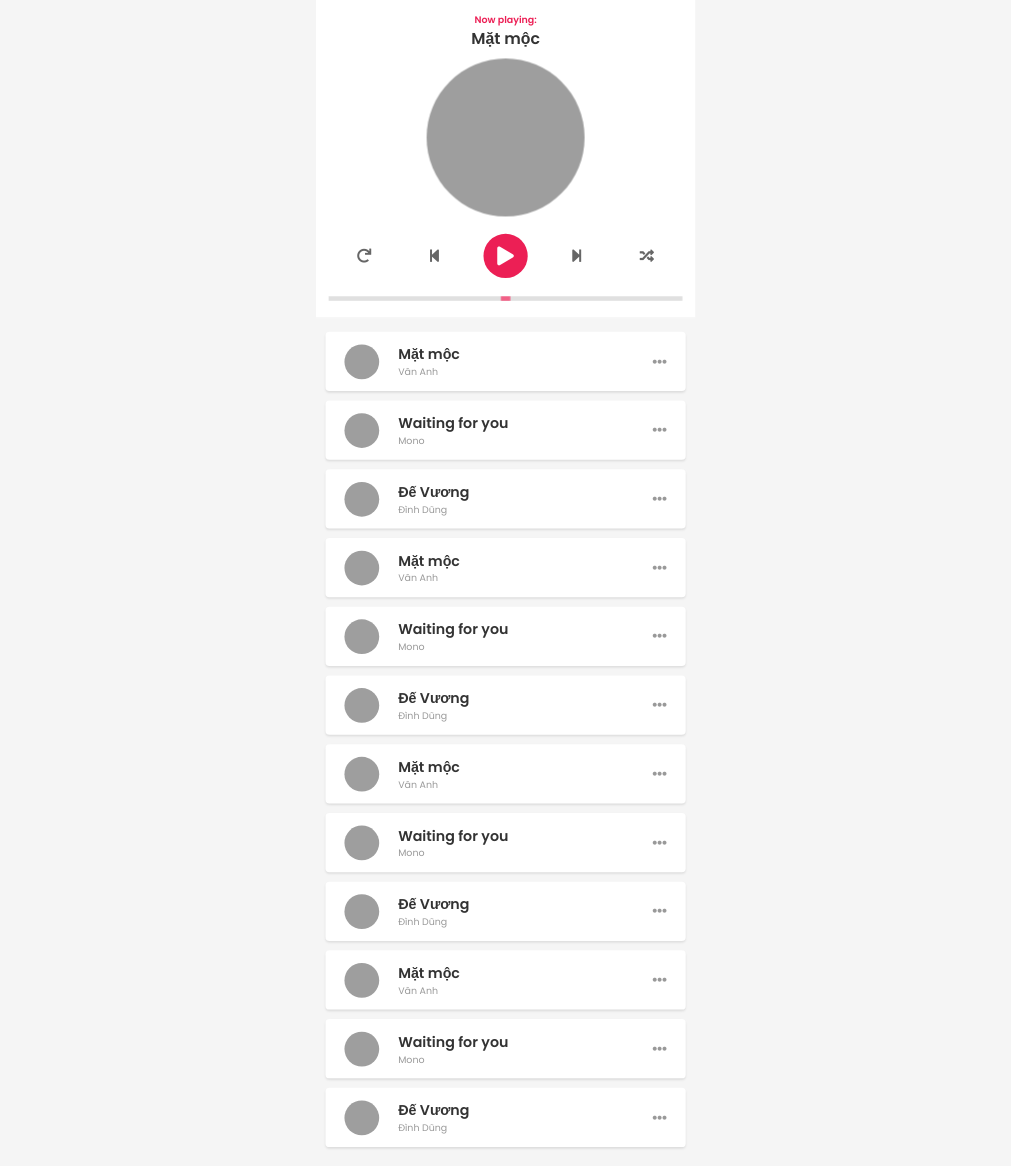
Repository: Tbs-Giang-Luong/app_music_ver1
Page: index.html
These files come from the project's save history. The page is drawn as it stood at one moment and after the next save; the edit follows.
The browser window is 1280 px wide. The pictures show the whole page, at 79% of full size.
Pictures or frames that could not be fetched are drawn as grey boxes.

Above is the page before, as saved 2022-10-20 22:59:15.

### index.html
<!DOCTYPE html>
<html lang="en">
  <head>
    <meta charset="UTF-8" />
    <meta http-equiv="X-UA-Compatible" content="IE=edge" />
    <meta name="viewport" content="width=device-width, initial-scale=1.0" />
    <title>Document</title>
    <link rel="stylesheet" href="./asset/css/main.css" />
  </head>
  <body>
    <meta name="viewport" content="width=device-width, initial-scale=1.0" />
    <title>Music player</title>
    <link
      rel="stylesheet"
      href="https://cdnjs.cloudflare.com/ajax/libs/font-awesome/5.15.2/css/all.min.css"
      integrity="sha512-HK5fgLBL+xu6dm/Ii3z4xhlSUyZgTT9tuc/hSrtw6uzJOvgRr2a9jyxxT1ely+B+xFAmJKVSTbpM/CuL7qxO8w=="
      crossorigin="anonymous"
    />
    <link rel="preconnect" href="https://fonts.gstatic.com" />
    <link
      href="https://fonts.googleapis.com/css2?family=Poppins:wght@300;400;600&display=swap"
      rel="stylesheet"
    />

    <div class="player">
      <!-- Dashboard -->
      <div class="dashboard">
        <!-- Header -->
        <header>
          <h4>Now playing:</h4>
          <h2>String 57th & 9th</h2>
        </header>

        <!-- CD -->
        <div class="cd">
          <div
            class="cd-thumb"
            style="
              background-image: url('https://i.ytimg.com/vi/jTLhQf5KJSc/maxresdefault.jpg');
            "
          ></div>
        </div>

        <!-- Control -->
        <div class="control">
          <div class="btn btn-repeat">
            <i class="fas fa-redo"></i>
          </div>
          <div class="btn btn-prev">
            <i class="fas fa-step-backward"></i>
          </div>
          <div class="btn btn-toggle-play ">
            <i class="fas fa-pause icon-pause"></i>
            <i class="fas fa-play icon-play"></i>
          </div>
          <div class="btn btn-next">
            <i class="fas fa-step-forward"></i>
          </div>
          <div class="btn btn-random">
            <i class="fas fa-random"></i>
          </div>
        </div>

        <input
          id="progress"
          class="progress"
          type="range"
          value="0"
          step="1"
          min="0"
          max="100"
        />

        <audio id="audio" src=""></audio>
      </div>

      <!-- Playlist -->
      <div class="playlist">

      </div>
    </div>

    <!-- Design from: https://static.collectui.com/shots/3671744/musicloud-revolutionary-app-for-music-streaming-large -->
    <script src="main.js"></script>
  </body>
</html>

### asset/css/main.css
:root {
  --primary-color: #ec1f55;
  --text-color: #333;
}

* {
  padding: 0;
  margin: 0;
  box-sizing: inherit;
}

body {
  background-color: #f5f5f5;
}

html {
  box-sizing: border-box;
  font-family: "Poppins", sans-serif;
}

.player {
  position: relative;
  max-width: 480px;
  margin: 0 auto;
}

.player .icon-pause {
  display: none;
}

.player.playing .icon-pause {
  display: inline-block;
}

.player.playing .icon-play {
  display: none;
}

.dashboard {
  padding: 16px 16px 14px;
  background-color: #fff;
  position: fixed;
  top: 0;
  width: 100%;
  max-width: 480px;
  border-bottom: 1px solid #ebebeb;
}

/* HEADER */
header {
  text-align: center;
  margin-bottom: 10px;
}

header h4 {
  color: var(--primary-color);
  font-size: 12px;
}

header h2 {
  color: var(--text-color);
  font-size: 20px;
}

/* CD */
.cd {
  display: flex;
  margin: auto;
  width: 200px;
}

.cd-thumb {
  width: 100%;
  padding-top: 100%;
  border-radius: 50%;
  background-color: #333;
  background-size: cover;
  margin: auto;
}

/* CONTROL */
.control {
  display: flex;
  align-items: center;
  justify-content: space-around;
  padding: 18px 0 8px 0;
}

.control .btn {
  color: #666;
  padding: 18px;
  font-size: 18px;
}

.control .btn.active {
  color: var(--primary-color);
}

.control .btn-toggle-play {
  width: 56px;
  height: 56px;
  border-radius: 50%;
  font-size: 24px;
  color: #fff;
  display: flex;
  align-items: center;
  justify-content: center;
  background-color: var(--primary-color);
}

.progress {
  width: 100%;
  -webkit-appearance: none;
  height: 6px;
  background: #d3d3d3;
  outline: none;
  opacity: 0.7;
  -webkit-transition: 0.2s;
  transition: opacity 0.2s;
}

.progress::-webkit-slider-thumb {
  -webkit-appearance: none;
  appearance: none;
  width: 12px;
  height: 6px;
  background-color: var(--primary-color);
  cursor: pointer;
}

/* PLAYLIST */
.playlist {
  margin-top: 408px;
  padding: 12px;
}

.song {
  display: flex;
  align-items: center;
  margin-bottom: 12px;
  background-color: #fff;
  padding: 8px 16px;
  border-radius: 5px;
  box-shadow: 0 2px 3px rgba(0, 0, 0, 0.1);
}

.song.active {
  background-color: var(--primary-color);
}

.song:active {
  opacity: 0.8;
}

.song.active .option,
.song.active .author,
.song.active .title {
  color: #fff;
}

.song .thumb {
  width: 44px;
  height: 44px;
  border-radius: 50%;
  background-size: cover;
  margin: 0 8px;
}

.song .body {
  flex: 1;
  padding: 0 16px;
}

.song .title {
  font-size: 18px;
  color: var(--text-color);
}

.song .author {
  font-size: 12px;
  color: #999;
}

.song .option {
  padding: 16px 8px;
  color: #999;
  font-size: 18px;
}

### main.js
// App music

const $ = document.querySelector.bind(document);
const $$ = document.querySelectorAll.bind(document);

const player = $(".player");
const playlist = $(".playlist");
const cd = $(".cd");
const heading = $("header h2");
const cdThumb = $(".cd-thumb");
const audio = $("#audio");
const playBtn = $(".btn-toggle-play");
const progress = $("#progress");
const nextBtn = $(".btn-next");
const prevBtn = $(".btn-prev");
const randomBtn = $(".btn-random");
const repeatBtn = $(".btn-repeat");

const app = {
  currentIndex: 0,
  isPlaying: false,
  isRandom: false,
  isRepeat: false,
  songs: [
    {
      name: "Mặt mộc",
      singer: "Vân Anh",
      path: "./asset/music/WaitingForYou-MONOOnionn-7733882.mp3",
      image: "./asset/img/Mat moc.png",
    },
    {
      name: "Waiting for you",
      singer: "Mono",
      path: "./asset/music/WaitingForYou-MONOOnionn-7733882.mp3",
      image: "./asset/img/wating for you.jpg",
    },
    {
      name: "Đế Vương",
      singer: "Đình Dũng",
      path: "./asset/music/DeVuong-DinhDungACV-7121634.mp3",
      image: "./asset/img/De vuong.jpg",
    },
    {
      name: "Mặt mộc",
      singer: "Vân Anh",
      path: "./asset/music/Mat-Moc-Phạm-Nguyen-Ngọc-x-VAnh-x-An-Nhi.mp3",
      image: "./asset/img/Mat moc.png",
    },
    {
      name: "Waiting for you",
      singer: "Mono",
      path: "./asset/music/WaitingForYou-MONOOnionn-7733882.mp3",
      image: "./asset/img/wating for you.jpg",
    },
    {
      name: "Đế Vương",
      singer: "Đình Dũng",
      path: "./asset/music/DeVuong-DinhDungACV-7121634.mp3",
      image: "./asset/img/De vuong.jpg",
    },
    {
      name: "Mặt mộc",
      singer: "Vân Anh",
      path: "./asset/music/Mat-Moc-Phạm-Nguyen-Ngọc-x-VAnh-x-An-Nhi.mp3",
      image: "./asset/img/Mat moc.png",
    },
    {
      name: "Waiting for you",
      singer: "Mono",
      path: "./asset/music/WaitingForYou-MONOOnionn-7733882.mp3",
      image: "./asset/img/wating for you.jpg",
    },
    {
      name: "Đế Vương",
      singer: "Đình Dũng",
      path: "./asset/music/DeVuong-DinhDungACV-7121634.mp3",
      image: "./asset/img/De vuong.jpg",
    },
    {
      name: "Mặt mộc",
      singer: "Vân Anh",
      path: "./asset/music/Mat-Moc-Phạm-Nguyen-Ngọc-x-VAnh-x-An-Nhi.mp3",
      image: "./asset/img/Mat moc.png",
    },
    {
      name: "Waiting for you",
      singer: "Mono",
      path: "./asset/music/WaitingForYou-MONOOnionn-7733882.mp3",
      image: "./asset/img/wating for you.jpg",
    },
    {
      name: "Đế Vương",
      singer: "Đình Dũng",
      path: "./asset/music/DeVuong-DinhDungACV-7121634.mp3",
      image: "./asset/img/De vuong.jpg",
    },
  ],

  render: function () {
    const htmls = this.songs.map((song) => {
      return `
      <div class="song">
      <div class="thumb" style="background-image: url('${song.image}')">
      </div>
      <div class="body">
      <h3 class="title">${song.name}</h3>
      <p class="author">${song.singer}</p>
      </div>
          <div class="option">
          <i class="fas fa-ellipsis-h"></i>
          </div>
          </div>
          `;
    });
    playlist.innerHTML = htmls.join("");
  },

  // Xử lý các sự kiện
  handleEvent: function () {
    const _this = this;
    const cdWidth = cd.offsetWidth;
    document.onscroll = function () {
      const scrollTop = window.scrollY || document.documentElement.scrollTop;
      const newCdWidth = cdWidth - scrollTop;
      cd.style.width = newCdWidth > 0 ? newCdWidth + "px" : 0;
      cd.style.opacity = newCdWidth / cdWidth;
    };

    // Xử lí cd khi quay

    const cdThumbAnimate = cdThumb.animate([{ transform: "rotate(360deg)" }], {
      duration: 10000,
      iteration: Infinity,
    });

    cdThumbAnimate.pause();

    // Xử lý khi ấn vào nút play
    playBtn.onclick = function () {
      if (_this.isPlaying) {
        audio.pause();
      } else {
        audio.play();
      }
    };
    // next bai hat
    nextBtn.onclick = function () {
      if(_this.isRandom){
        _this.playRandomSong()
      }else{

        _this.nextSong();
      }
      audio.play();
    };

    // lui bai hat
    prevBtn.onclick = function () {
      if(_this.isRandom){
        _this.playRandomSong();
      }else{

        _this.prevSong();
      }
      audio.play();
    };

    // random bai hat
    randomBtn.onclick = function () {
      _this.isRandom = !_this.isRandom;
      randomBtn.classList.toggle("active", _this.isRandom);
    };

    //repeat bai hat
    repeatBtn.onclick = function () {
      _this.isRepeat = ! _this.isRepeat;
      repeatBtn.classList.toggle("active", _this.isRepeat);
    }

    // Khi bài hát được play
    audio.onplay = function () {
      _this.isPlaying = true;
      player.classList.add("playing");
      cdThumbAnimate.play();
    };

    // Khi bài hát bị pause
    audio.onpause = function () {
      _this.isPlaying = false;
      player.classList.remove("playing");
      cdThumbAnimate.pause();
    };

    // Khi tua bài hát và tiến độ bài hát thay đổi

    audio.ontimeupdate = function () {
      const progressPresent = (audio.currentTime / audio.duration) * 100;
      progress.value = progressPresent;
    };

    // Xử lí khi tua bài hát
    progress.onchange = function (e) {
      const seekTime = (audio.duration * 100) / e.target.value;
      audio.currentTime = seekTime;
    };
     // Xử lý khi audio ended

    audio.onended = function () {
      if(_this.isRepeat){
        audio.play()
      }else{
        nextBtn.click()

      }
    }
  },

  defineProperties: function () {
    Object.defineProperty(this, "currentSong", {
      get: function () {
        return this.songs[this.currentIndex];
      },
    });
  },

  loadCurrentSong: function () {
    heading.textContent = this.currentSong.name;
    cdThumb.style.background = `url('${this.currentSong.image}')`;
    audio.src = this.currentSong.path;
  },

  nextSong: function () {
    this.currentIndex++;
    if (this.currentIndex >= this.songs.length) {
      this.currentIndex = 0;
    }
    this.loadCurrentSong();
  },

  prevSong: function () {
    this.currentIndex--;
    if (this.currentIndex < 0) {
      this.currentIndex = this.songs.length - 1;
    }
    this.loadCurrentSong();
  },

  playRandomSong: function () {
    let newIndex;
    do {
      newIndex = Math.floor(Math.random() * this.songs.length);
    } while (newIndex === this.currentIndex);
    this.currentIndex = newIndex;
    this.loadCurrentSong();
  },




  start: function () {
    // Định nghĩa các thuộc tính
    this.defineProperties();
    // Xử lý các sự kiện
    this.handleEvent();
    // Tải bài hát
    this.loadCurrentSong();
    // render ra giao diện UI
    this.render();
  },
};

app.start();

After the next save:
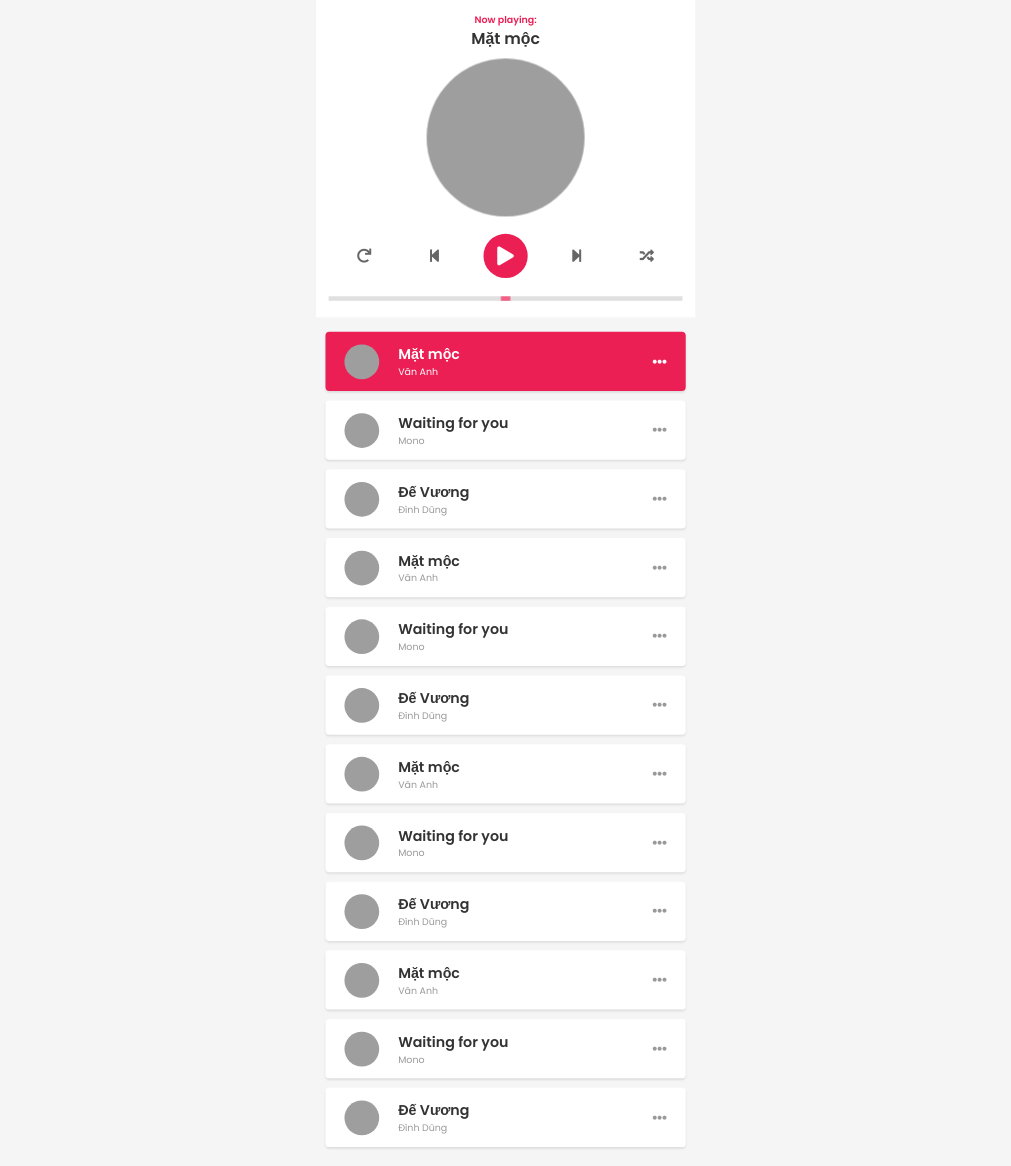
Saved 6 min 1 s later.
--- a/main.js
+++ b/main.js
@@ -97,9 +97,9 @@ const app = {
   ],
 
   render: function () {
-    const htmls = this.songs.map((song) => {
+    const htmls = this.songs.map((song,index) => {
       return `
-      <div class="song">
+      <div class="song ${index === this.currentIndex ? 'active' : ''}">
       <div class="thumb" style="background-image: url('${song.image}')">
       </div>
       <div class="body">
